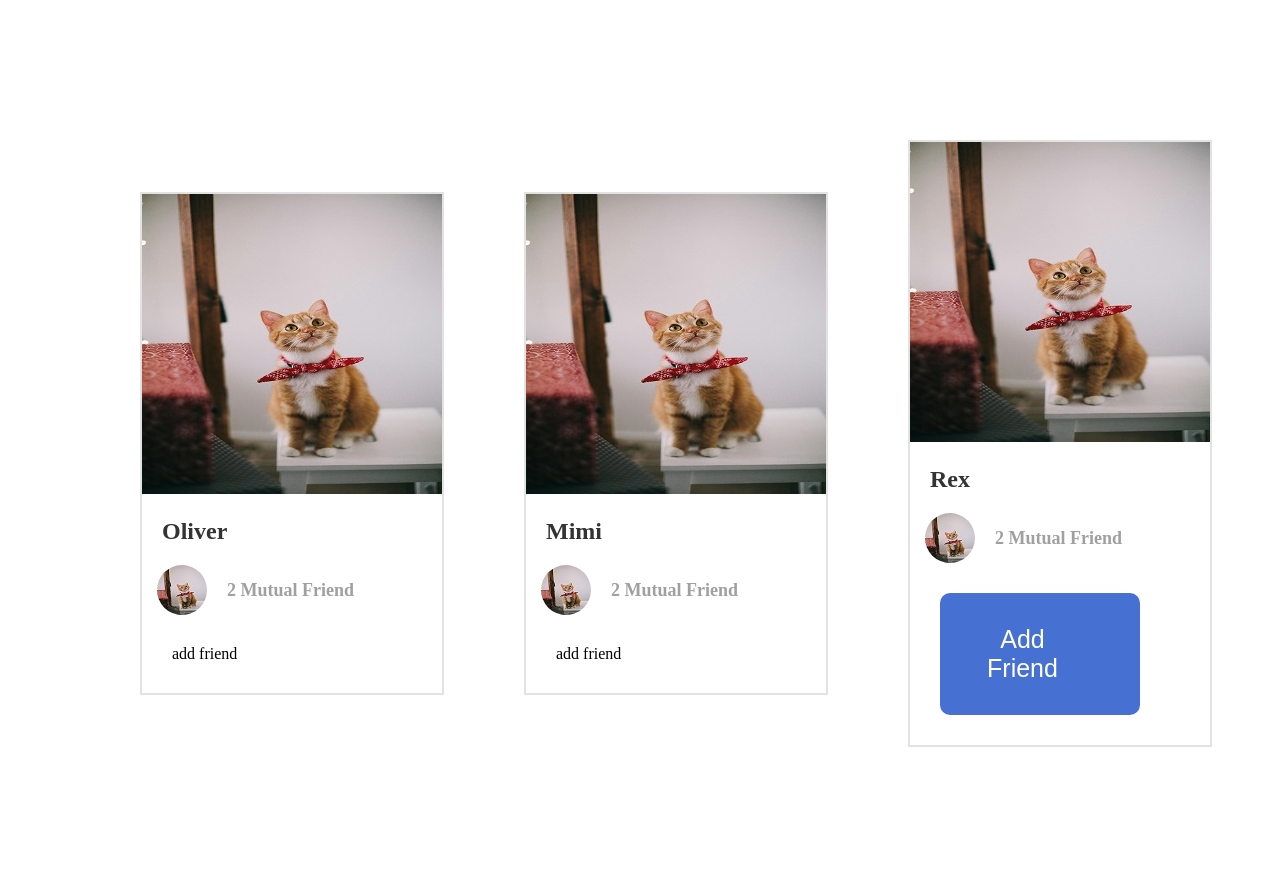
Repository: arifshahriyarnader/css-flexbox
Page: Exercise 2/index.html
An editor plug-in stored every save of this project. The page is shown before and after the next save, followed by the edit.
The browser window is 1280 px wide. The pictures show the whole page.

Above is the page before, as saved 2024-06-16 01:44:46.

### Exercise 2/index.html
<!DOCTYPE html>
<html lang="en">
<head>
    <meta charset="UTF-8">
    <meta name="viewport" content="width=device-width, initial-scale=1.0">
    <title>Exercise 2</title>
    <link rel="stylesheet" href="css/style.css">
</head>
<body>
    <section class="fb_add">
        <div class="add">
            <div class="add_content">
                <img src="images/cat1.jpg" alt="cat 1">
                <h2>Oliver</h2>
                <div class="mutual_sec">
                    <img src="images/resizer1.jpg" alt="resizer image">
                    <p>2 Mutual  Friend</p>
                </div>
                <div class="add_friend">
                    <p>add friend</p>
                </div>
            </div>

            <div class="add_content">
                <img src="images/cat1.jpg" alt="cat 1">
                <h2>Mimi</h2>
                <div class="mutual_sec">
                    <img src="images/resizer1.jpg" alt="resizer image">
                    <p>2 Mutual  Friend</p>
                </div>
                <div class="add_friend">
                    <p>add friend</p>
                </div>
            </div>

            <div class="add_content">
                <img src="images/cat1.jpg" alt="cat 1">
                <h2>Rex</h2>
                <div class="mutual_sec">
                    <img src="images/resizer1.jpg" alt="resizer image">
                    <p>2 Mutual  Friend</p>
                </div>
                <div class="add_friend">
                    <button type="submit">add friend</button>
                </div>
            </div>

        </div>
    </section>
</body>
</html>

### Exercise 2/css/style.css
*{
    margin:0px;
    padding:0px;
    box-sizing: border-box;
}
.fb_add{
    margin:100px;
}
.add{
    display: flex;
    align-items: center;
    justify-content: space-around;

}
.add_content{
    background-color: #fff;
    border:2px solid #E2E2E2;
    margin:40px;
}
.add_content h2{
    padding:20px;
    color:#333;
}
.mutual_sec{
    display: flex;
    align-items: center;
}

.mutual_sec img{
    margin-left: 15px;
    border-radius: 30px;

}
.mutual_sec p{
    color:#A0A0A0;
    font-size: 18px;
    padding-left: 20px;
    font-weight: bold;
}

.add_friend {
    margin:30px 0px 30px 0px;
    padding-left:30px;
}
.add_friend button{
    color:#fff;
    background-color: #4770D3;
    width: 200px;
    padding:30px 55px 30px 20px;
    font-size:25px;
    text-transform: capitalize;
    border: 2px solid #4770D3;
    border-radius: 10px;
    box-sizing: border-box;
}

After the next save:
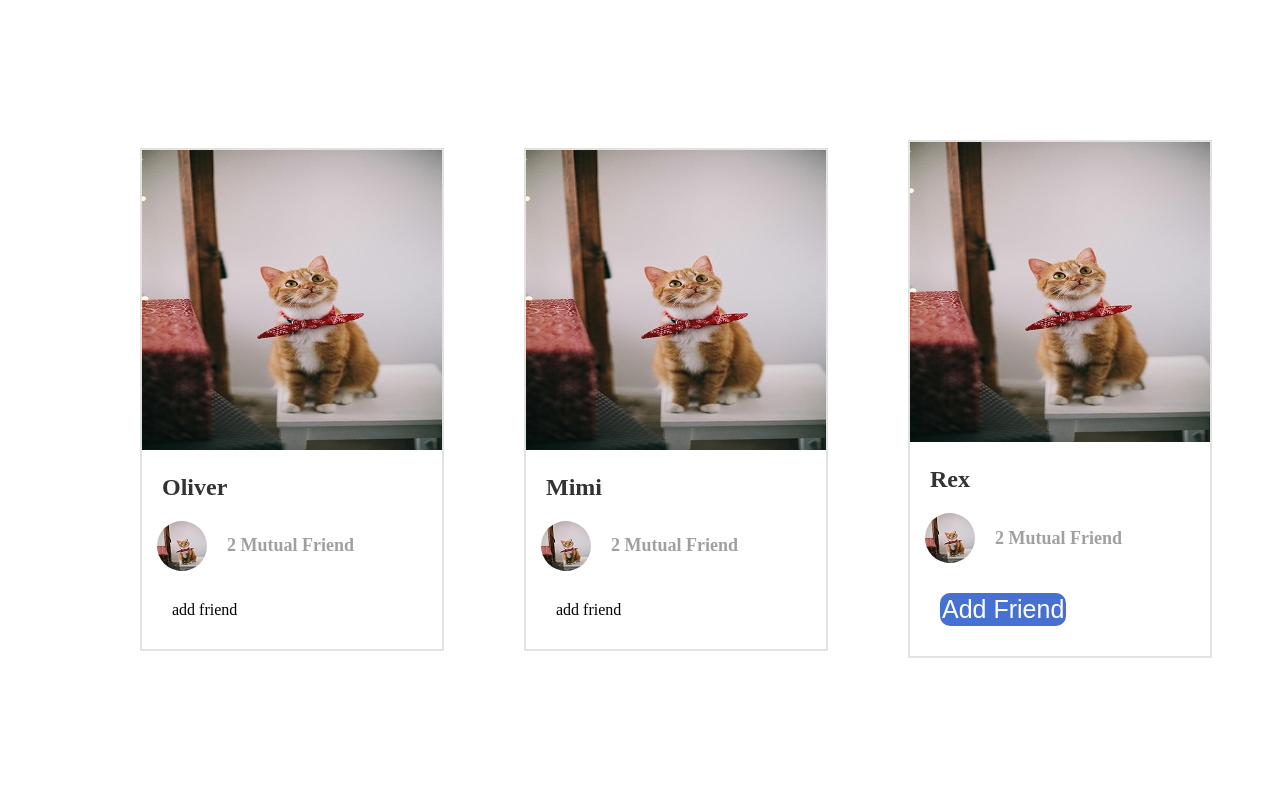
Saved 22 s later.
--- a/Exercise 2/css/style.css
+++ b/Exercise 2/css/style.css
@@ -45,8 +45,6 @@
 .add_friend button{
     color:#fff;
     background-color: #4770D3;
-    width: 200px;
-    padding:30px 55px 30px 20px;
     font-size:25px;
     text-transform: capitalize;
     border: 2px solid #4770D3;
